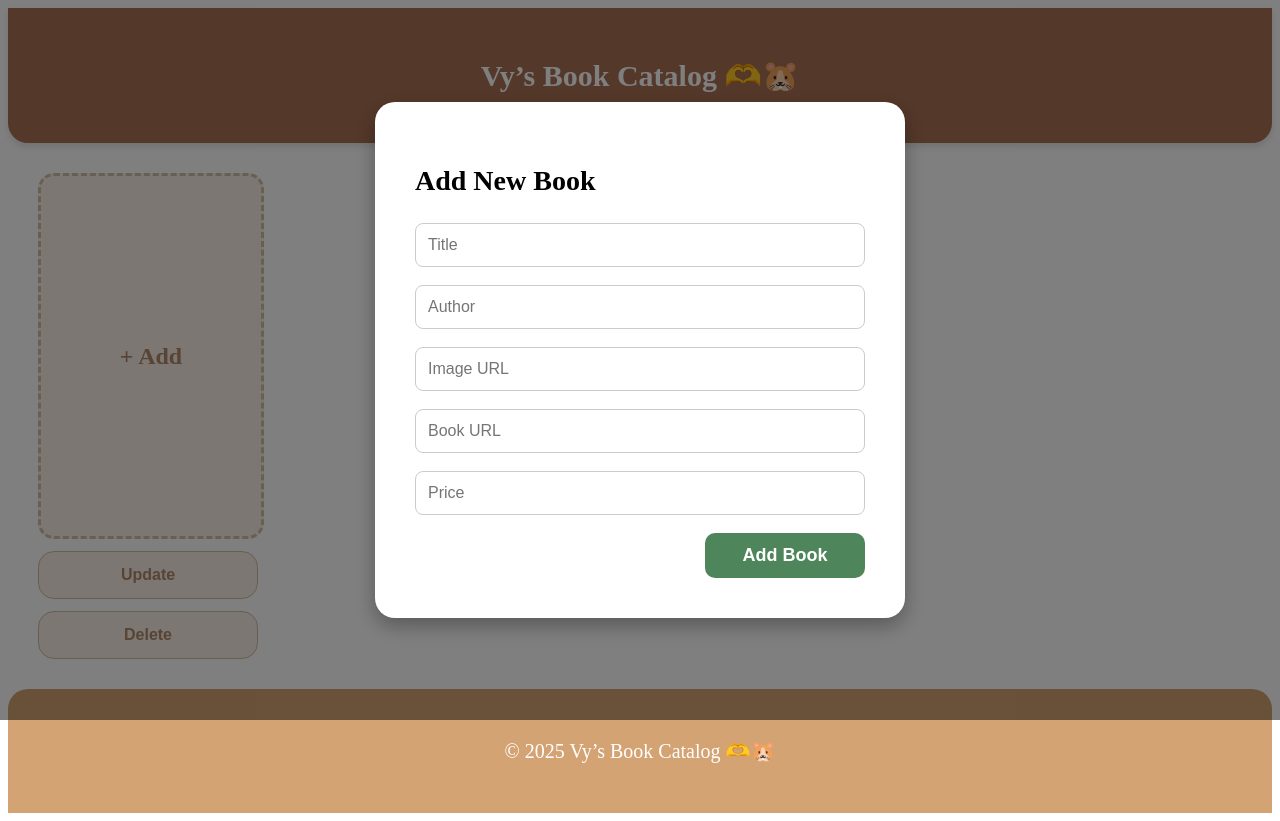
Repository: CucVyTrinh/book-catalog-v6
Page: /, after clicking the first element matching `div.add-button`
The author's editor kept a copy of each file at every save. The page is drawn from the files as they stood at one save, then again after the next save.
The browser window is 1280 px wide. The pictures show the whole page.
The project was rebuilt for these pictures with package versions that can differ from the ones it lists, and the page was loaded fresh each time. Also part of the build but not shown: vite.config.js, src/index.css, src/components/Book.jsx.

Above is the page before, as saved 2025-10-26 22:10:25.

After the next save:
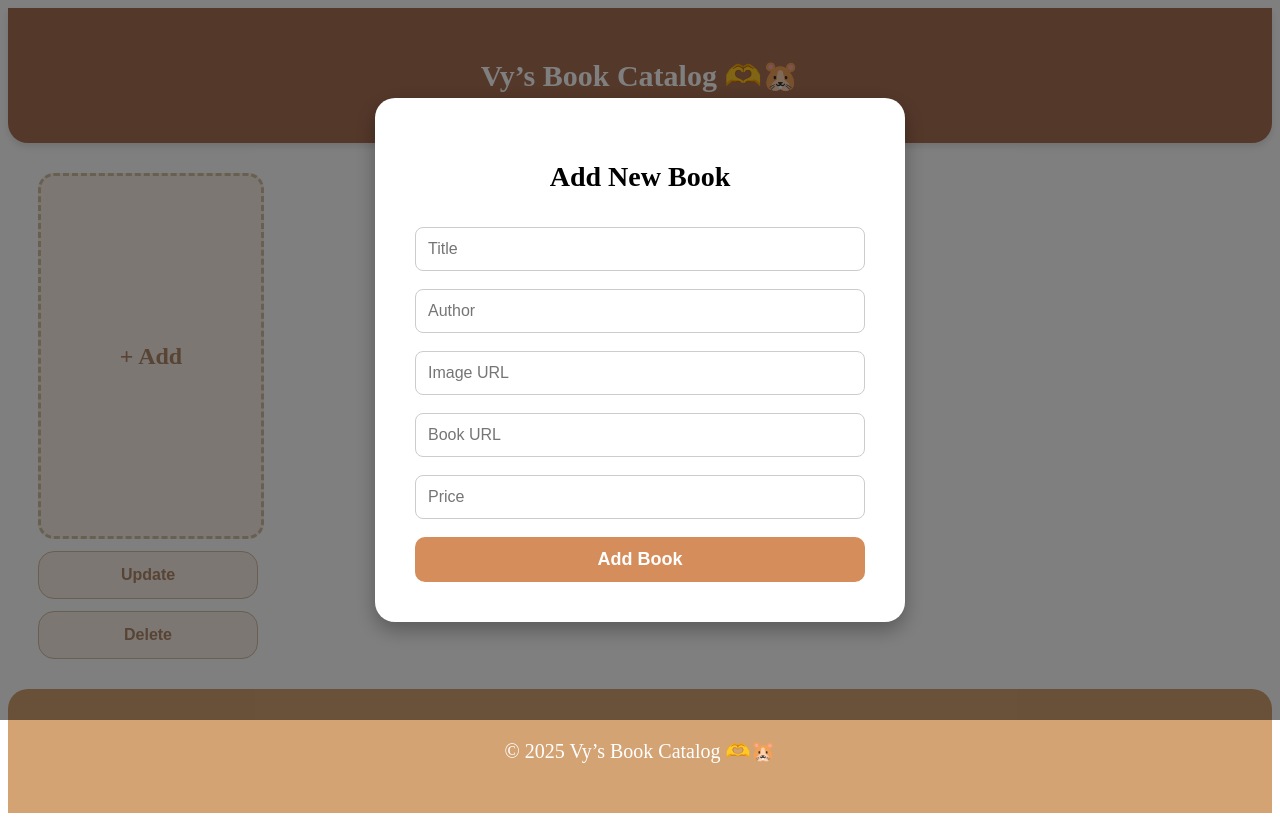
Saved 96 s later.
--- a/src/App.css
+++ b/src/App.css
@@ -87,20 +87,9 @@
 }
 
 .modal-form h2 {
+    text-align: center;
     font-size: 28px;
-    margin-bottom: 8px;
-}
-
-/* Align labels left, inputs right like your screenshot */
-.modal-form label {
-    display: grid;
-    grid-template-columns: 200px 1fr;
-    align-items: center;
-    gap: 16px;
-}
-
-.modal-form label span {
-    font-weight: 600;
+    margin-bottom: 16px;
 }
 
 .modal-form input {
@@ -116,18 +105,14 @@
     font-weight: bold;
     border-radius: 10px;
     border: none;
-    background-color: #4f855a;
-    /* green-ish like screenshot */
+    background-color: #d68d5c;
     color: white;
     cursor: pointer;
     transition: all 0.2s ease;
-    width: 160px;
-    margin-left: auto;
-    /* push SAVE to the right */
 }
 
 .modal-form button:hover {
-    opacity: 0.9;
+    background-color: #edc3a5;
 }
 
 /* ===== Book Card ===== */
@@ -177,3 +162,16 @@
     border-radius: 8px;
     text-decoration: none;
 }
+
+.book-card button.remove-btn {
+    position: absolute;
+    top: 8px;
+    right: 8px;
+    background: #e74c3c;
+    color: white;
+    border: none;
+    border-radius: 50%;
+    width: 24px;
+    height: 24px;
+    cursor: pointer;
+}
